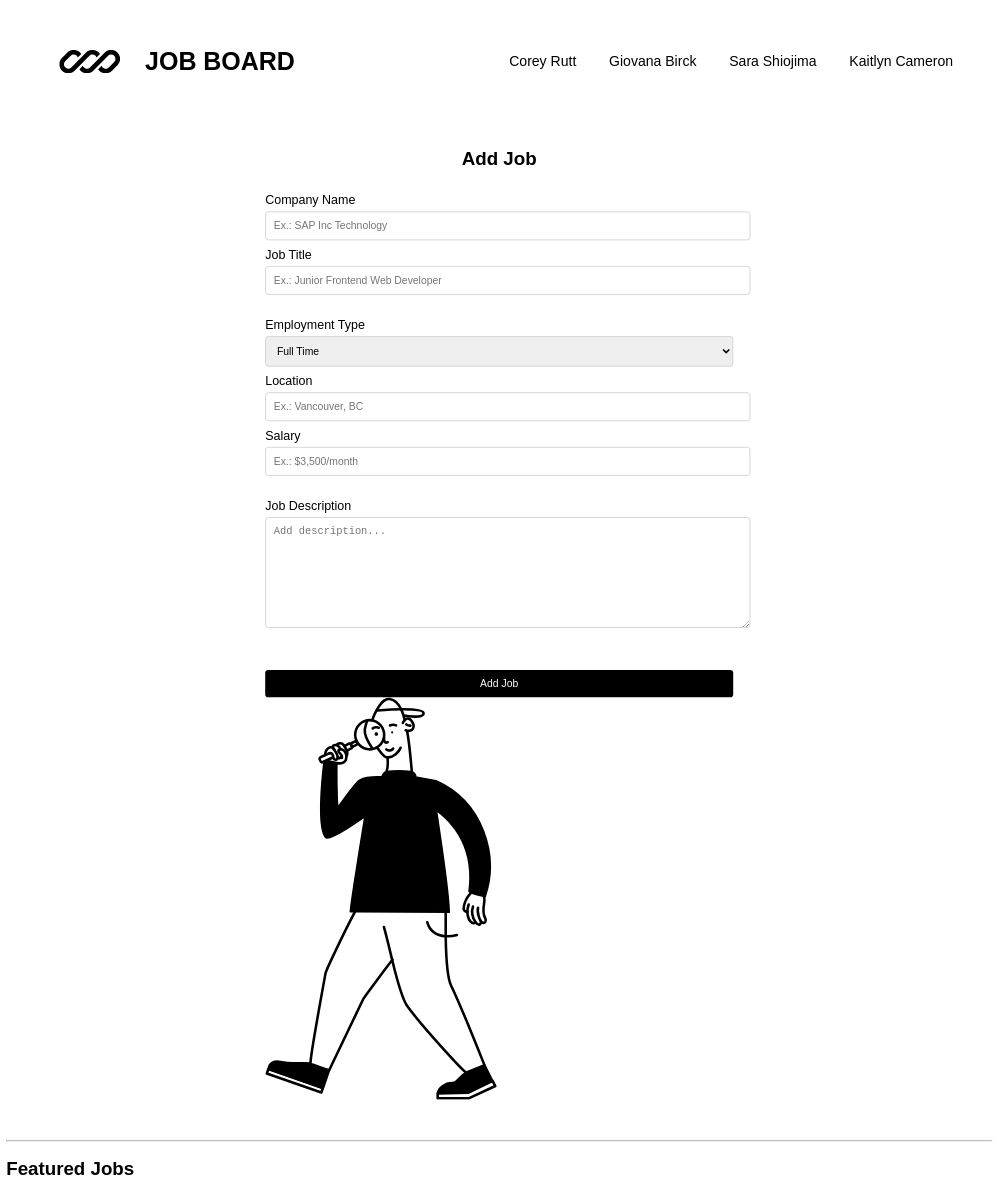
Repository: kcameron37/Final-Project-FrontEnd
Page: /
An editor plug-in stored every save of this project. The page is shown before and after the next save, followed by the edit.
The browser window is 1280 px wide. The pictures show the whole page, at 78% of full size.
The project was rebuilt for these pictures with package versions that can differ from the ones it lists, and the page was loaded fresh each time.

Above is the page before, as saved 2023-11-14 20:20:44.

After the next save:
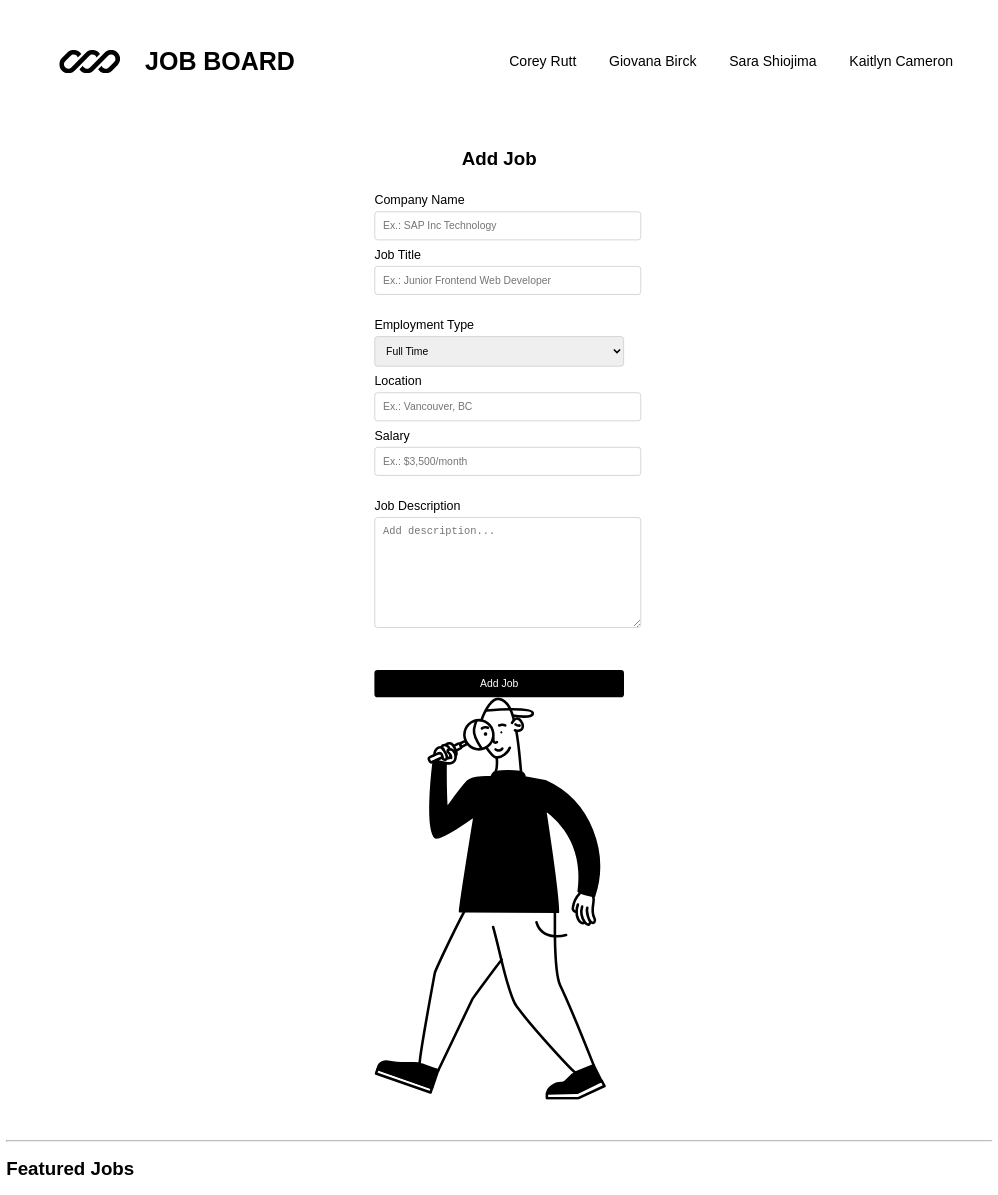
Saved 7 s later.
--- a/src/components/addJob.module.css
+++ b/src/components/addJob.module.css
@@ -1,5 +1,5 @@
 .formContainer {
-    max-width: 600px;
+    max-width: 20em;
     margin: auto; /* Center the form in the middle of the page */
     padding: 20px;
   }
